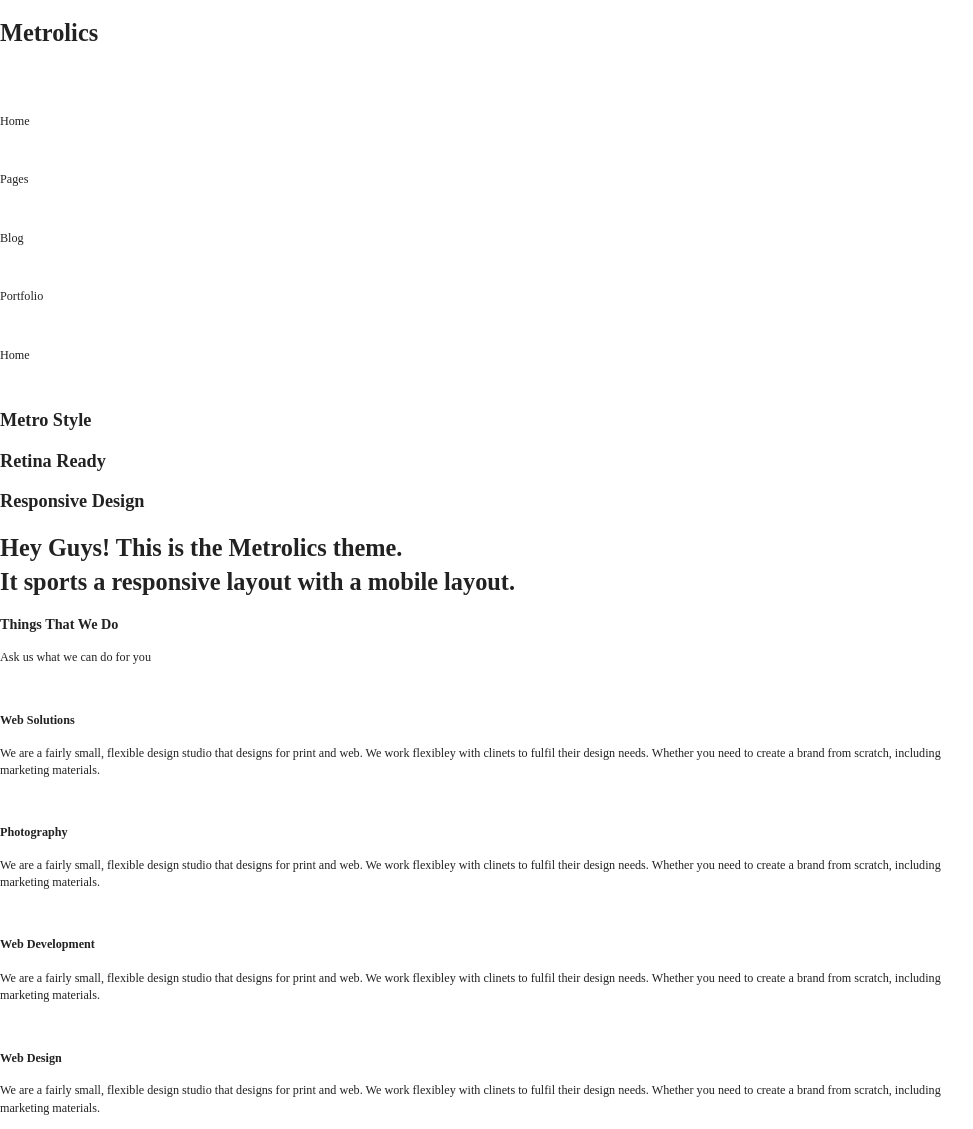
Repository: claudiashin/metrolics
Page: index.html
These files come from the project's save history. The page is drawn as it stood at one moment and after the next save; the edit follows.
The browser window is 1280 px wide. The pictures show the whole page, at 76% of full size.

Above is the page before, as saved 2021-01-27 15:45:20.

### index.html
<!doctype html>
<html class="no-js" lang="EN">

<head>
  <meta charset="utf-8">
  <title>MDIA 2003 Lab 3</title>
  <meta name="description" content="">
  <meta name="viewport" content="width=device-width, initial-scale=1">

  <link rel="manifest" href="site.webmanifest">
  <link rel="apple-touch-icon" href="icon.png">
  <!-- Place favicon.ico in the root directory -->

  <link rel="stylesheet" href="css/normalize.css">
  <link rel="stylesheet" href="css/main.css">
</head>

<body>
  <header class="page_header">
    <div class="logo">
      <div><h1>Metrolics</h1></div>
      <div class="logoimg"><img src=""></div>
    </div>
  </header>

  <nav class="page_nav">
    <div class="nav_container">
      <div class="nav_icon">
        <div><img src=""></div>
        <p>Home</p>
      </div>
      <div class="nav_icon">
        <div><img src=""></div>
        <p>Pages</p>
      </div><div class="nav_icon">
        <div><img src=""></div>
        <p>Blog</p>
      </div><div class="nav_icon">
        <div><img src=""></div>
        <p>Portfolio</p>
      </div><div class="nav_icon">
        <div><img src=""></div>
        <p>Home</p>
      </div>
    </div>
  </nav>

  <section class="main_container">
    <div class="heroimg">
      <img src="">
    </div>
    <div class="">
      <h2>Metro Style</h2>
      <h2>Retina Ready</h2>
      <h2>Responsive Design</h2>
    </div>
  </section>

  <section class="main_container">
    <div>
      <h1>Hey Guys! This is the <span class="textcol">Metrolics</span> theme.<br>It sports a responsive layout with a mobile layout.</h1>
    </div>
  </section>

  <section class="main_container">
    <div class="container">
      <h3>Things That We Do</h3>
      <p>Ask us what we can do for you</p>
    </div>
    <div class="container">
      <div class="container_feature">
        <div class="feature_img">
          <img src="">
        </div>
        <div><h4>Web Solutions</h4></div>
        <div><p>We are a fairly small, flexible design studio that designs for print
          and web. We work flexibley with clinets to fulfil their design needs. Whether
          you need to create a brand from scratch, including marketing materials.
        </p></div>
      </div>
    </div>
    <div class="container">
      <div class="container_feature">
        <div class="feature_img">
          <img src="">
        </div>
        <div><h4>Photography</h4></div>
        <div><p>We are a fairly small, flexible design studio that designs for print
          and web. We work flexibley with clinets to fulfil their design needs. Whether
          you need to create a brand from scratch, including marketing materials.
        </p></div>
      </div>
    </div><div class="container">
      <div class="container_feature">
        <div class="feature_img">
          <img src="">
        </div>
        <div><h4>Web Development</h4></div>
        <div><p>We are a fairly small, flexible design studio that designs for print
          and web. We work flexibley with clinets to fulfil their design needs. Whether
          you need to create a brand from scratch, including marketing materials.
        </p></div>
      </div>
    </div><div class="container">
      <div class="container_feature">
        <div class="feature_img">
          <img src="">
        </div>
        <div><h4>Web Design</h4></div>
        <div><p>We are a fairly small, flexible design studio that designs for print
          and web. We work flexibley with clinets to fulfil their design needs. Whether
          you need to create a brand from scratch, including marketing materials.
        </p></div>
      </div>
    </div>
  </section>

  <section class="main_container">

  </section>

  <section class="main_container">

  </section>

  <article class="main_container">

  </article>

  <footer>

  </footer>
</body>

</html>

### css/main.css
/*! HTML5 Boilerplate v8.0.0 | MIT License | https://html5boilerplate.com/ */

/* main.css 2.1.0 | MIT License | https://github.com/h5bp/main.css#readme */
/*
 * What follows is the result of much research on cross-browser styling.
 * Credit left inline and big thanks to Nicolas Gallagher, Jonathan Neal,
 * Kroc Camen, and the H5BP dev community and team.
 */

/* ==========================================================================
   Base styles: opinionated defaults
   ========================================================================== */

html {
  color: #222;
  font-size: 1em;
  line-height: 1.4;
}

/*
 * Remove text-shadow in selection highlight:
 * https://twitter.com/miketaylr/status/12228805301
 *
 * Vendor-prefixed and regular ::selection selectors cannot be combined:
 * https://stackoverflow.com/a/16982510/7133471
 *
 * Customize the background color to match your design.
 */

::-moz-selection {
  background: #b3d4fc;
  text-shadow: none;
}

::selection {
  background: #b3d4fc;
  text-shadow: none;
}

/*
 * A better looking default horizontal rule
 */

hr {
  display: block;
  height: 1px;
  border: 0;
  border-top: 1px solid #ccc;
  margin: 1em 0;
  padding: 0;
}

/*
 * Remove the gap between audio, canvas, iframes,
 * images, videos and the bottom of their containers:
 * https://github.com/h5bp/html5-boilerplate/issues/440
 */

audio,
canvas,
iframe,
img,
svg,
video {
  vertical-align: middle;
}

/*
 * Remove default fieldset styles.
 */

fieldset {
  border: 0;
  margin: 0;
  padding: 0;
}

/*
 * Allow only vertical resizing of textareas.
 */

textarea {
  resize: vertical;
}

/* ==========================================================================
   Author's custom styles
   ========================================================================== */

/* ==========================================================================
   Helper classes
   ========================================================================== */

/*
 * Hide visually and from screen readers
 */

.hidden,
[hidden] {
  display: none !important;
}

/*
 * Hide only visually, but have it available for screen readers:
 * https://snook.ca/archives/html_and_css/hiding-content-for-accessibility
 *
 * 1. For long content, line feeds are not interpreted as spaces and small width
 *    causes content to wrap 1 word per line:
 *    https://medium.com/@jessebeach/beware-smushed-off-screen-accessible-text-5952a4c2cbfe
 */

.sr-only {
  border: 0;
  clip: rect(0, 0, 0, 0);
  height: 1px;
  margin: -1px;
  overflow: hidden;
  padding: 0;
  position: absolute;
  white-space: nowrap;
  width: 1px;
  /* 1 */
}

/*
 * Extends the .sr-only class to allow the element
 * to be focusable when navigated to via the keyboard:
 * https://www.drupal.org/node/897638
 */

.sr-only.focusable:active,
.sr-only.focusable:focus {
  clip: auto;
  height: auto;
  margin: 0;
  overflow: visible;
  position: static;
  white-space: inherit;
  width: auto;
}

/*
 * Hide visually and from screen readers, but maintain layout
 */

.invisible {
  visibility: hidden;
}

/*
 * Clearfix: contain floats
 *
 * For modern browsers
 * 1. The space content is one way to avoid an Opera bug when the
 *    `contenteditable` attribute is included anywhere else in the document.
 *    Otherwise it causes space to appear at the top and bottom of elements
 *    that receive the `clearfix` class.
 * 2. The use of `table` rather than `block` is only necessary if using
 *    `:before` to contain the top-margins of child elements.
 */

.clearfix::before,
.clearfix::after {
  content: " ";
  display: table;
}

.clearfix::after {
  clear: both;
}

/* ==========================================================================
   EXAMPLE Media Queries for Responsive Design.
   These examples override the primary ('mobile first') styles.
   Modify as content requires.
   ========================================================================== */

@media only screen and (min-width: 35em) {
  /* Style adjustments for viewports that meet the condition */
}

@media print,
  (-webkit-min-device-pixel-ratio: 1.25),
  (min-resolution: 1.25dppx),
  (min-resolution: 120dpi) {
  /* Style adjustments for high resolution devices */
}

/* ==========================================================================
   Print styles.
   Inlined to avoid the additional HTTP request:
   https://www.phpied.com/delay-loading-your-print-css/
   ========================================================================== */

@media print {
  *,
  *::before,
  *::after {
    background: #fff !important;
    color: #000 !important;
    /* Black prints faster */
    box-shadow: none !important;
    text-shadow: none !important;
  }

  a,
  a:visited {
    text-decoration: underline;
  }

  a[href]::after {
    content: " (" attr(href) ")";
  }

  abbr[title]::after {
    content: " (" attr(title) ")";
  }

  /*
   * Don't show links that are fragment identifiers,
   * or use the `javascript:` pseudo protocol
   */
  a[href^="#"]::after,
  a[href^="javascript:"]::after {
    content: "";
  }

  pre {
    white-space: pre-wrap !important;
  }

  pre,
  blockquote {
    border: 1px solid #999;
    page-break-inside: avoid;
  }

  /*
   * Printing Tables:
   * https://web.archive.org/web/20180815150934/http://css-discuss.incutio.com/wiki/Printing_Tables
   */
  thead {
    display: table-header-group;
  }

  tr,
  img {
    page-break-inside: avoid;
  }

  p,
  h2,
  h3 {
    orphans: 3;
    widows: 3;
  }

  h2,
  h3 {
    page-break-after: avoid;
  }
}

Loaded but not shown: css/normalize.css (library)

After the next save:
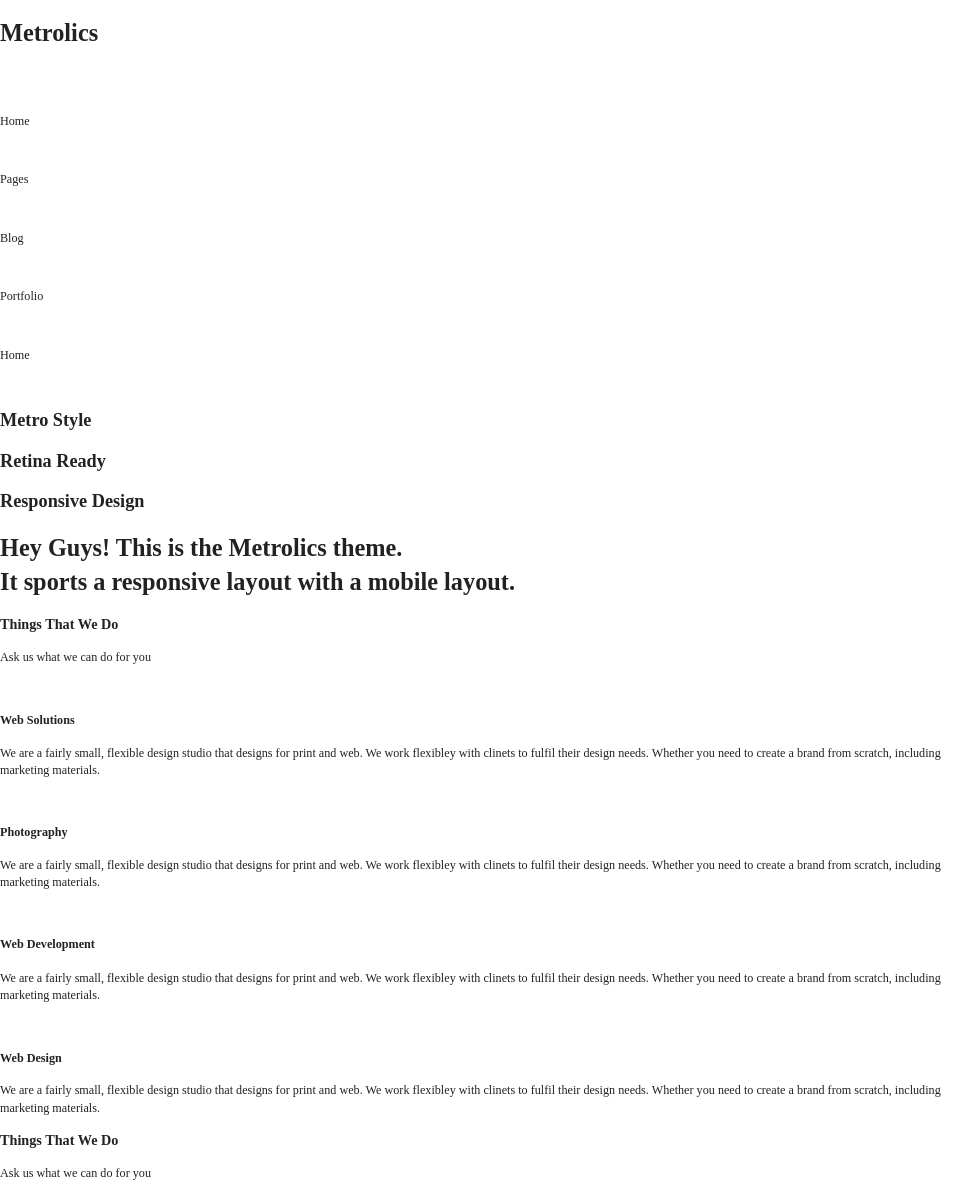
Saved 46 s later.
--- a/index.html
+++ b/index.html
@@ -116,6 +116,10 @@
   </section>
 
   <section class="main_container">
+    <div class="container">
+      <h3>Things That We Do</h3>
+      <p>Ask us what we can do for you</p>
+    </div>
 
   </section>
 
